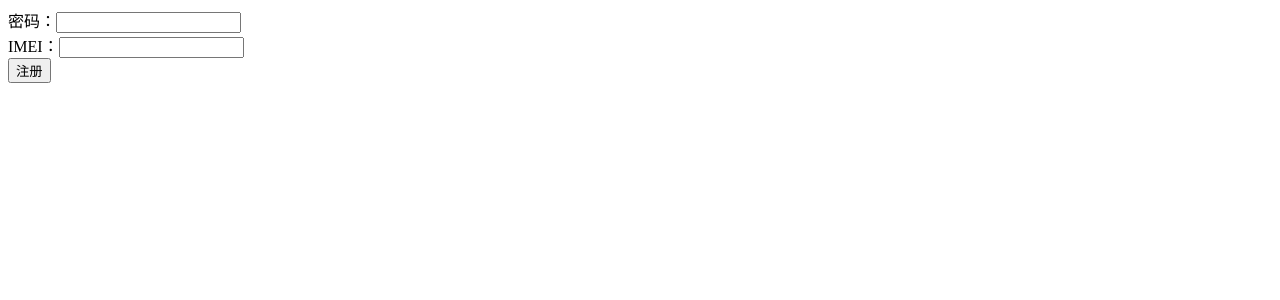
Repository: FlyToper/ActCode
Page: Application/ActivationCode/Home/View/User/show.html
The author's editor kept a copy of each file at every save. The page is drawn from the files as they stood at one save, then again after the next save.
The browser window is 1280 px wide. The pictures show the whole page.

Above is the page before, as saved 2016-07-27 01:45:29.

After the next save:
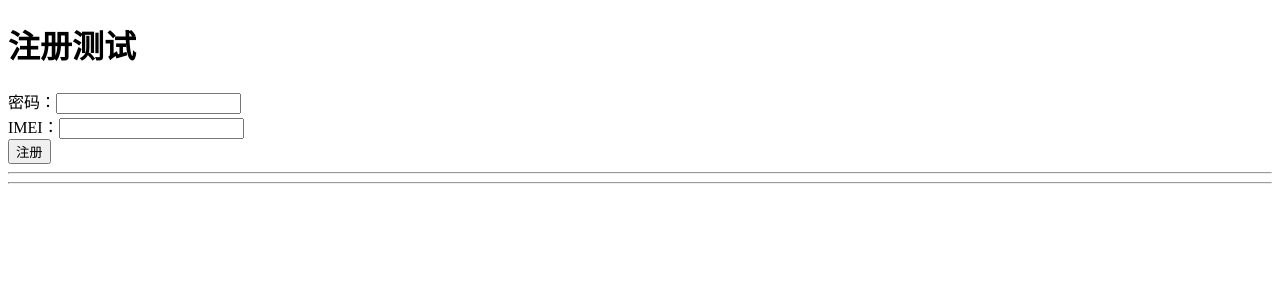
Saved 7 min 35 s later.
--- a/Application/ActivationCode/Home/View/User/show.html
+++ b/Application/ActivationCode/Home/View/User/show.html
@@ -2,13 +2,16 @@
 <html>
 <head>
 <meta charset="UTF-8">
-<title>注册页面</title>
+<title>测试页面</title>
 </head>
 <body>
+	<h1>注册测试</h1>
 	<form action="/User/register" method="post">
 	密码：<input tyepe="text" name="Password"><br>
 	IMEI：<input tyepe="text" name="Imei" ><br>
 	<input type="submit" value="注册">
 	</form>
+	<hr>
+	<hr>
 </body>
 </html>
